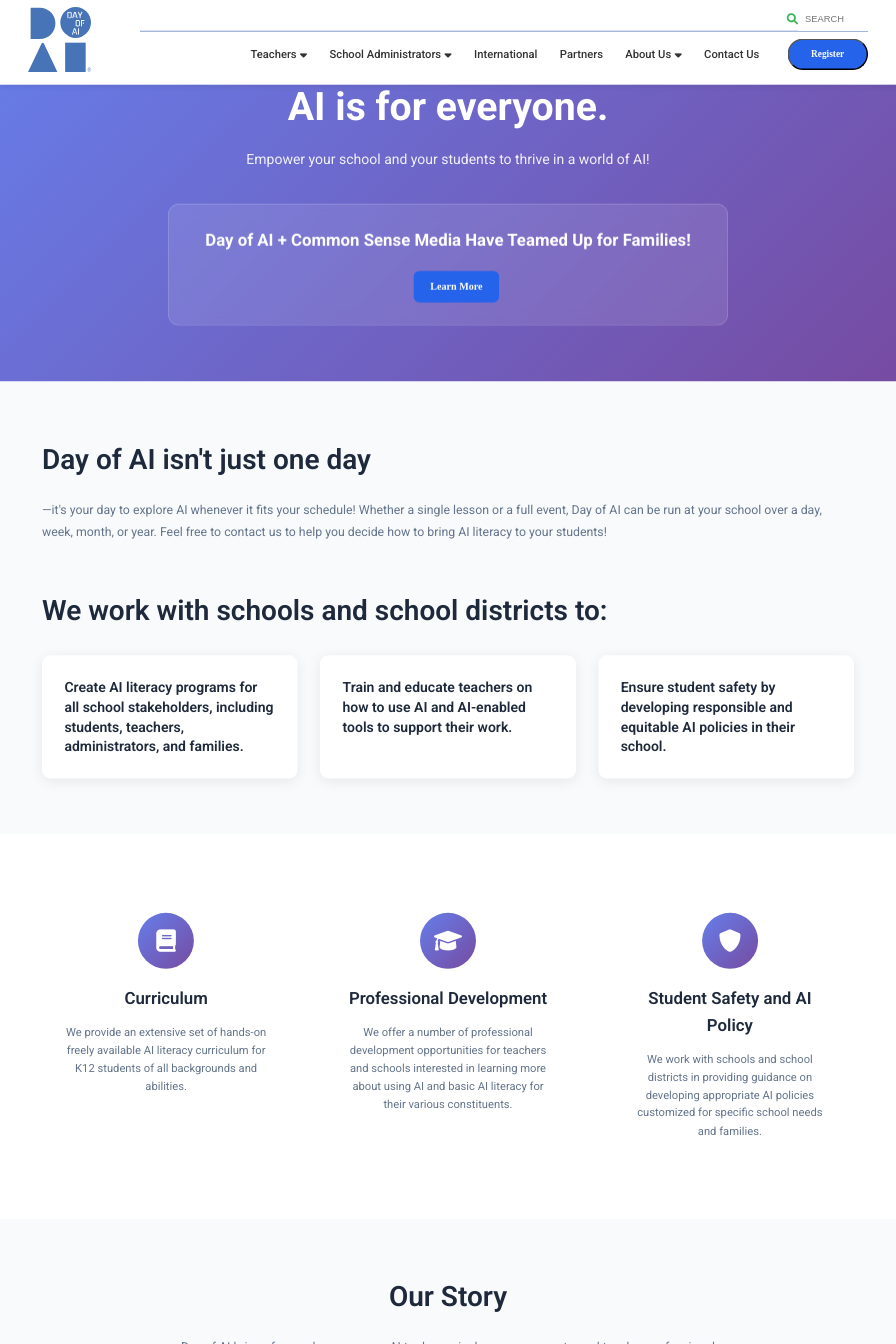
Repository: dinhtri123/dayofai
Page: index.html
An editor plug-in stored every save of this project. The page is shown before and after the next save, followed by the edit.
The browser window is 1280 px wide. The pictures show the part of the page from y = 0 to 1920 px (the page is 3353 px tall), at 70% of full size.
Some web fonts or font styles are not loaded; a fallback is used.

Above is the page before, as saved 2025-06-28 14:46:21.

After the next save:
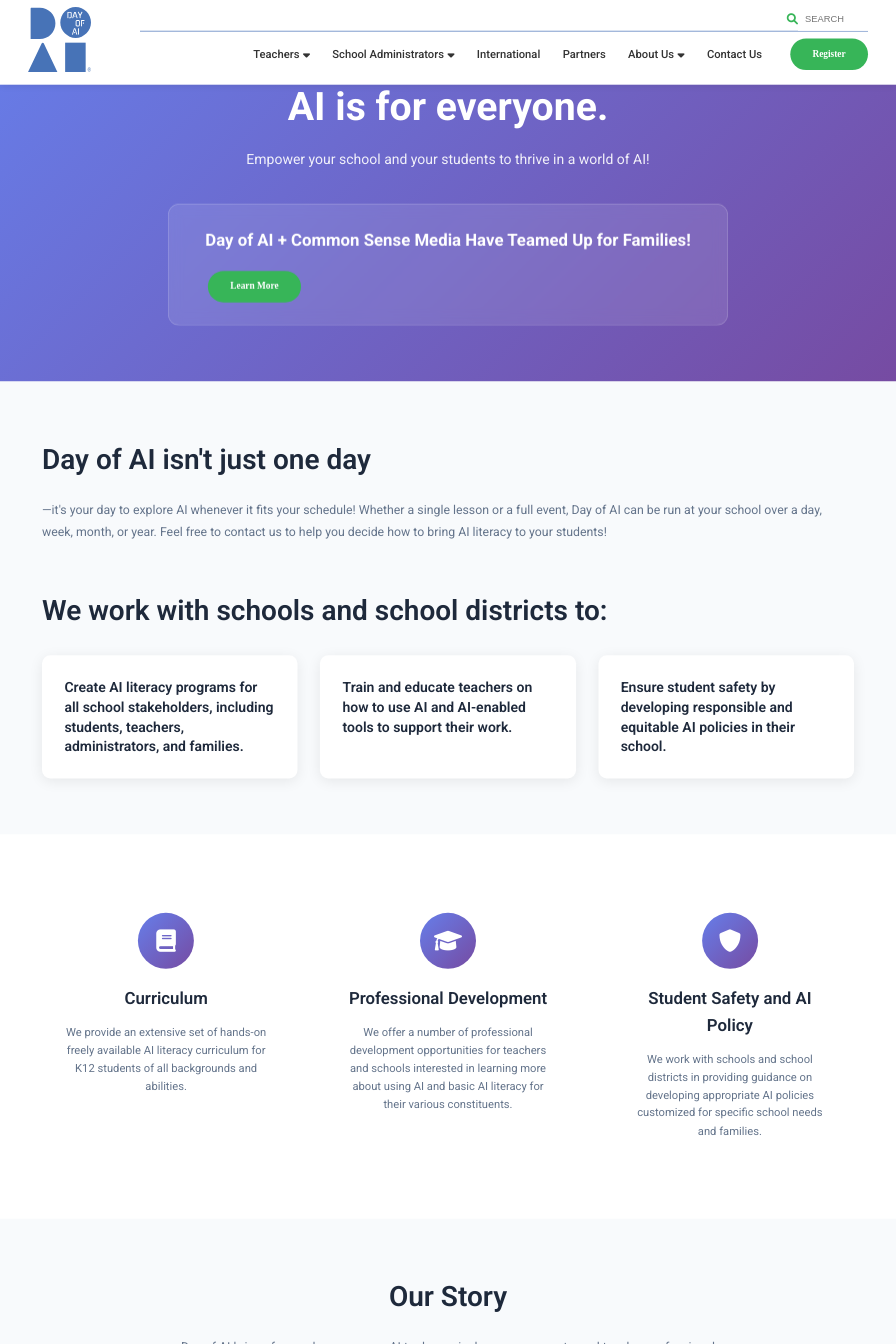
Saved 19 s later.
--- a/styles.css
+++ b/styles.css
@@ -154,39 +154,7 @@
     border-radius: 30px;
     min-height: 45px;;
     font-weight: 600;
-}
-
-.btn {
-    padding: 0.75rem 1.5rem;
-    border: none;
-    border-radius: 8px;
-    font-weight: 600;
-    cursor: pointer;
-    transition: all 0.3s ease;
-    text-decoration: none;
-    display: inline-block;
-    font-size: 0.9rem;
-}
-
-.btn-primary {
-    background: #2563eb;
-    color: #fff;
-}
-
-.btn-primary:hover {
-    background: #1d4ed8;
-    transform: translateY(-2px);
-}
-
-.btn-secondary {
-    background: transparent;
-    color: #2563eb;
-    border: 2px solid #2563eb;
-}
-
-.btn-secondary:hover {
-    background: #2563eb;
-    color: #fff;
+    border: none
 }
 
 .hamburger {
